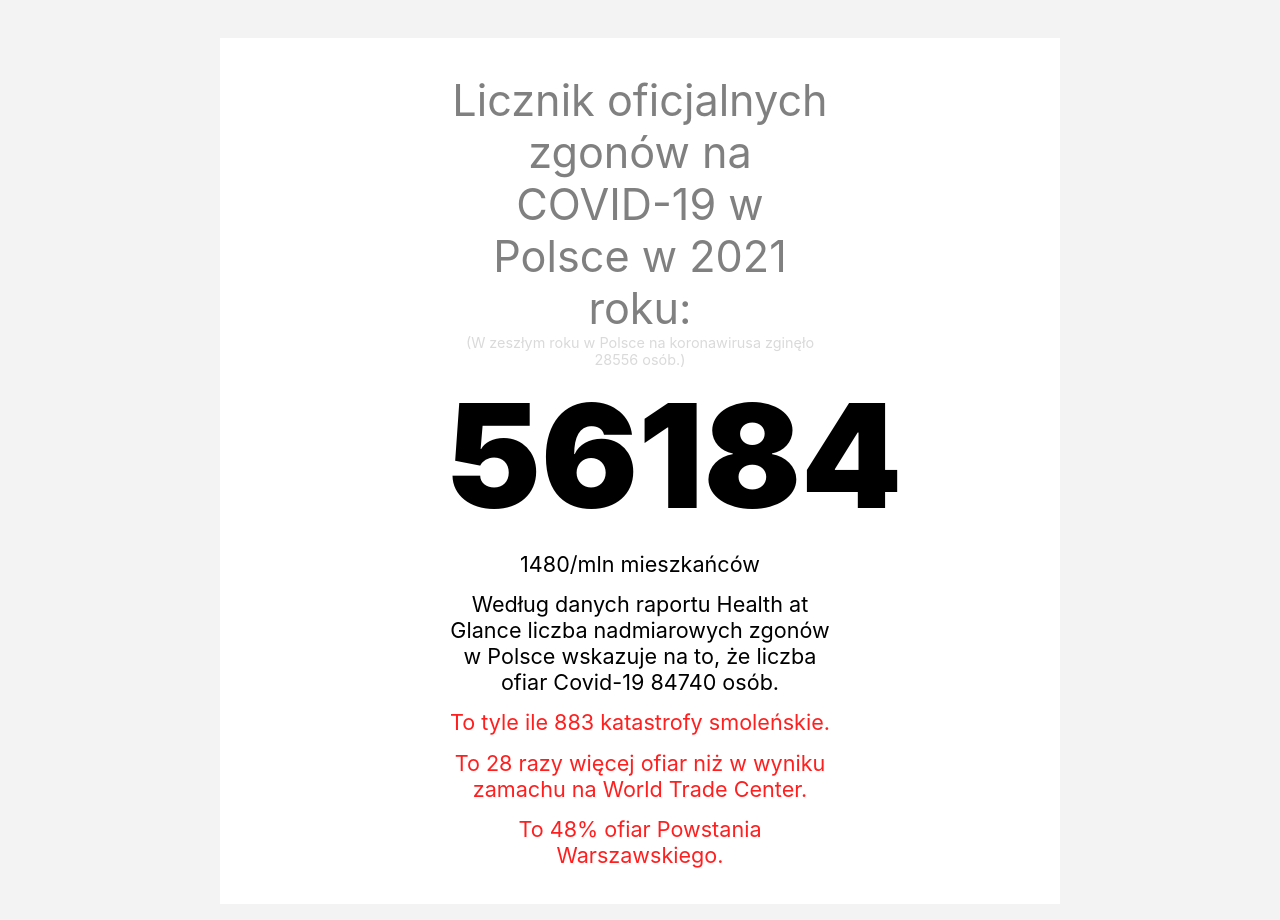
Repository: michalgornicki/poland-covid
Page: /
These files come from the project's save history. The page is drawn as it stood at one moment and after a run of saves; the edit follows.
The browser window is 1280 px wide. The pictures show the whole page.
The project was rebuilt for these pictures with package versions that can differ from the ones it lists, and the page was loaded fresh each time.

Above is the page before, as saved 2021-12-04 21:09:08.

### src/App.jsx
import React, { useEffect } from "react";
import "./App.css";

function App() {
  const startTime = () => {
    const date = new Date();
    let miliseconds = date.getTime();
    let seconds = Math.round(miliseconds / 1000);
    let thisYearSeconds = Math.round(seconds - 1609401600);
    let deaths = Math.round(thisYearSeconds * 0.00192110763);
    let allDeaths = deaths + 28556;
    let excessDeaths = allDeaths*1.85;
    let smolensk = Math.round(allDeaths / 96);
    let tradeCenter = Math.round(allDeaths / 2977);
    let uprising = (allDeaths / 175000).toFixed(2) * 100;


    document.getElementsByClassName("counter")[0].innerHTML = deaths;
    let deathsPerMillion = Math.round(deaths / 37.95);
    document.getElementsByClassName("counter-2")[0].innerHTML =
      deathsPerMillion + "/mln mieszkańców";
    document.getElementsByClassName("counter-3")[0].innerHTML =
      "Łącznie na Covid-19 zginęło w Polsce już " + (deaths + 28556) + " osób.";
      document.getElementsByClassName("counter-3")[0].innerHTML =
      "Według danych raportu Health at Glance liczba nadmiarowych zgonów w Polsce wskazuje na to, że liczba ofiar Covid-19 " + (deaths + 28556) + " osób.";
    document.getElementsByClassName("counter-4")[0].innerHTML =
      "To tyle ile " + smolensk + " katastrofy smoleńskie.";
      document.getElementsByClassName("counter-4")[1].innerHTML =
      "To " + tradeCenter + " razy więcej ofiar niż w wyniku zamachu na World Trade Center.";
      document.getElementsByClassName("counter-4")[2].innerHTML =
      "To " + uprising + "% ofiar Powstania Warszawskiego.";

    setTimeout(startTime, 1000);
  };

  useEffect(() => {
    startTime();
  });

  return (
    <p>
      <div className="text-container">
        <div className="header">
          Licznik oficjalnych zgonów na COVID-19 w Polsce w 2021 roku:
        </div>
        <div className="header-2">
          (W zeszłym roku w Polsce na koronawirusa zginęło 28556 osób.)
        </div>
        <div className="counter">{""}</div>
        <div className="counter-2">{""}</div>
        <div className="counter-3"></div>
        <div className="counter-4"></div>
        <div className="counter-4"></div>
        <div className="counter-4"></div>
      </div>
    </p>
  );
}

export default App;

### src/App.css
body{
    background-color: rgb(243, 243, 243);
}

.text-container{
    display: block;
    margin: auto;
    margin-top: 3%;
    background-color: white;
    width: 60%;
    padding: 5vmin;
}

.header{
    font-size: 6vmin;
    display: block;
    margin: auto;
    width: 50%;
    text-align: center;
    color: gray;
}

.header-2{
    font-size: 2vmin;
    display: block;
    margin: auto;
    width: 50%;
    text-align: center;
    color: rgb(218, 218, 218);
}

.counter{
    font-size: 20vmin;
    font-weight: 900;
    display: block;
    margin: auto;
    width: 50%;
    text-align: center;
    color: rgb(0, 0, 0);
}

.counter-2{
    font-size: 3vmin;
    display: block;
    margin: auto;
    margin-top: 1vmin;
    width: 50%;
    text-align: center;
}

.counter-3{
    font-size: 3vmin;
    display: block;
    margin: auto;
    margin-top: 2vmin;
    width: 50%;
    text-align: center;
    color: rgb(0, 0, 0);
}

.counter-4{
    font-size: 3vmin;
    display: block;
    margin: auto;
    margin-top: 2vmin;
    width: 50%;
    text-align: center;
    color: rgb(255, 31, 31);
}

@media only screen and (max-width: 800px) {

    .text-container{
        display: block;
        margin: auto;
        margin-top: 3%;
        background-color: white;
        width: 90%;
        padding: 5vmin;
    }

    .header{
        font-size: 9vmin;
        display: block;
        margin: auto;
        width: 100%;
        text-align: center;
        color: gray;
    }

    .header-2{
        font-size: 5vmin;
        display: block;
        margin: auto;
        width: 100%;
        text-align: center;
        color: rgb(218, 218, 218);
    }

    .counter{
        font-size: 28vmin;
        font-weight: 900;
        display: block;
        margin: auto;
        width: fit-content;
        text-align: center;
        color: rgb(0, 0, 0);
    }

    .counter-2{
        font-size: 6vmin;
        display: block;
        margin: auto;
        margin-top: 1vmin;
        width: fit-content;
        text-align: center;
    }

    .counter-3{
        font-size: 6vmin;
        display: block;
        margin: auto;
        margin-top: 2vmin;
        width: fit-content;
        text-align: center;
        color: rgb(0, 0, 0);
    }

    .counter-4{
        font-size: 6vmin;
        display: block;
        margin: auto;
        margin-top: 10vmin;
        width: fit-content;
        text-align: center;
        color: rgb(255, 31, 31);
    }
}

Loaded but not shown: public/index.html (common file); src/index.js (common file); src/index.css (common file); src/reportWebVitals.js (common file)

After the next 3 saves:
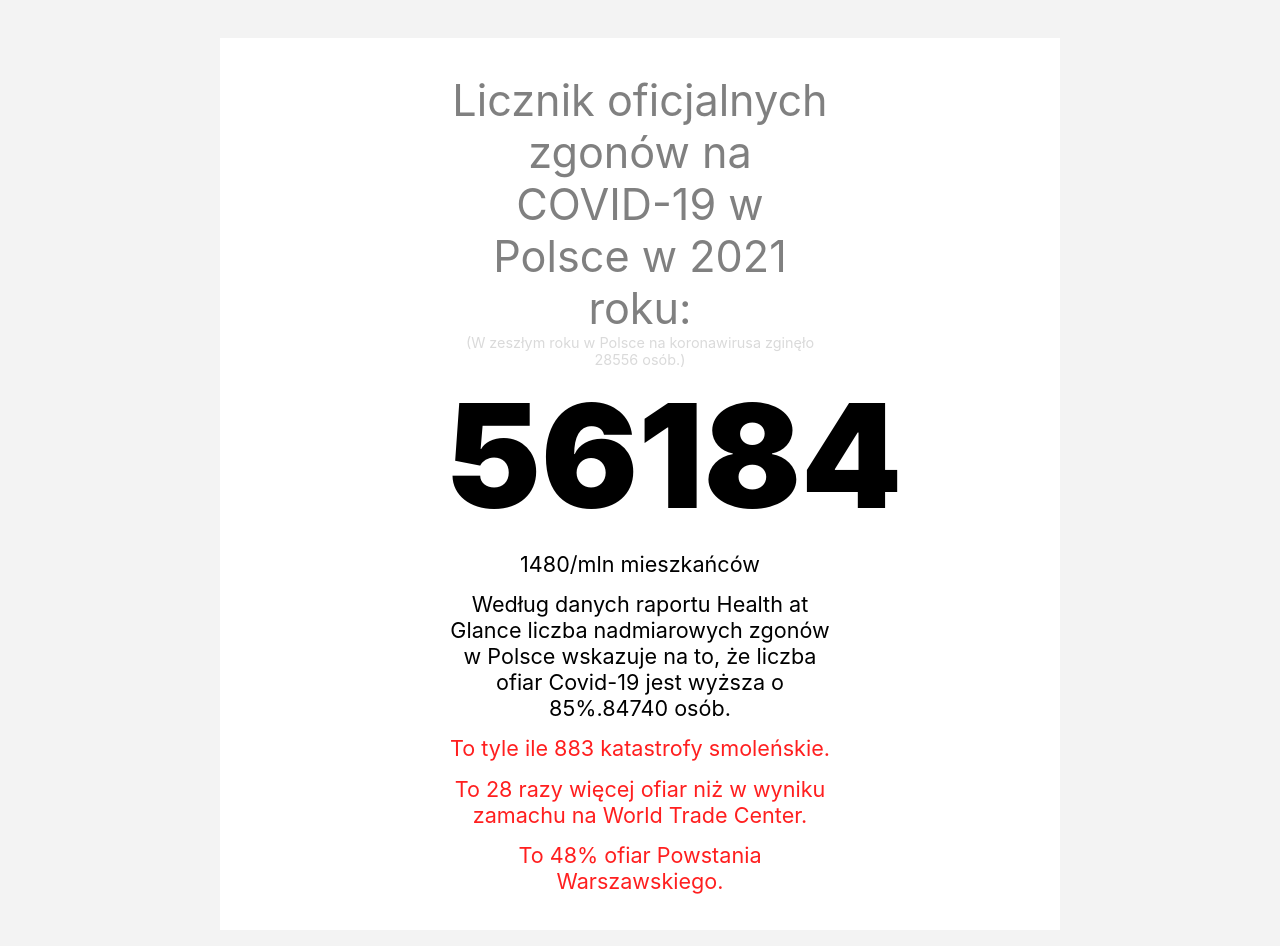
The 3 saves are shown as one change because they came seconds apart.
The last was saved 10 s later.
--- a/src/App.jsx
+++ b/src/App.jsx
@@ -22,7 +22,7 @@ function App() {
     document.getElementsByClassName("counter-3")[0].innerHTML =
       "Łącznie na Covid-19 zginęło w Polsce już " + (deaths + 28556) + " osób.";
       document.getElementsByClassName("counter-3")[0].innerHTML =
-      "Według danych raportu Health at Glance liczba nadmiarowych zgonów w Polsce wskazuje na to, że liczba ofiar Covid-19 " + (deaths + 28556) + " osób.";
+      "Według danych raportu Health at Glance liczba nadmiarowych zgonów w Polsce wskazuje na to, że liczba ofiar Covid-19 jest wyższa o 85%." + (deaths + 28556) + " osób.";
     document.getElementsByClassName("counter-4")[0].innerHTML =
       "To tyle ile " + smolensk + " katastrofy smoleńskie.";
       document.getElementsByClassName("counter-4")[1].innerHTML =
